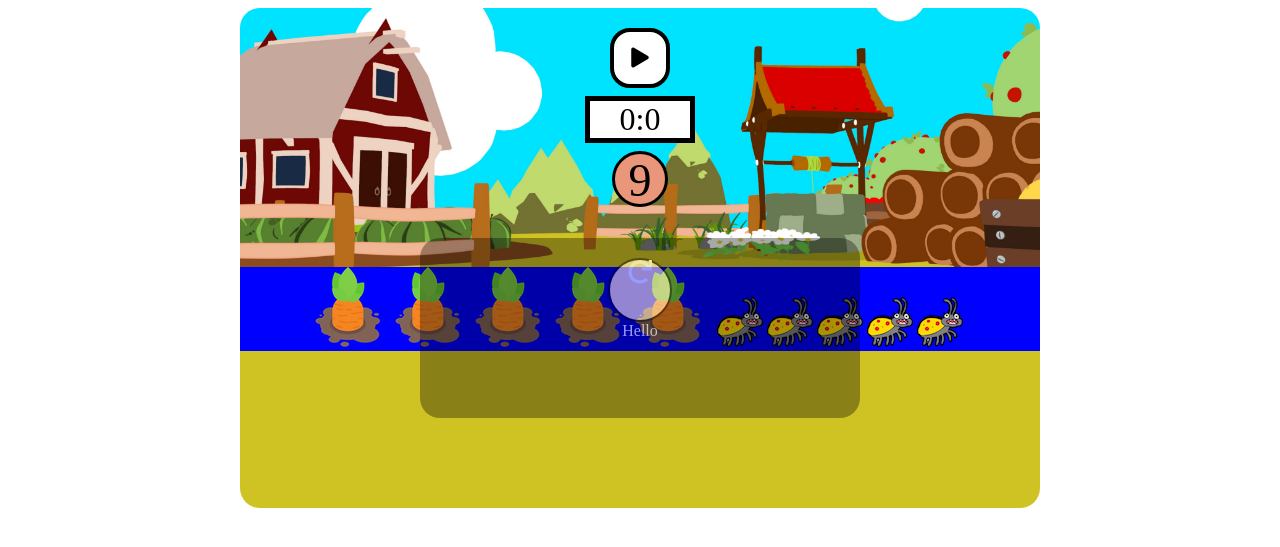
Repository: DevMinwoo-Jung/JavaScript101
Page: WebApIs/carrotClone/index.html
An editor plug-in stored every save of this project. The page is shown before and after the next save, followed by the edit.
The browser window is 1280 px wide. The pictures show the whole page.

Above is the page before, as saved 2021-06-22 15:15:28.

### WebApIs/carrotClone/index.html
<!DOCTYPE html>
<html lang="en">
<head>
  <meta charset="UTF-8">
  <meta http-equiv="X-UA-Compatible" content="IE=edge">
  <meta name="viewport" content="width=device-width, initial-scale=1.0">
  <link rel="stylesheet" href="style.css">
  <script src="main.js" defer></script>
  <link rel="stylesheet" href="https://use.fontawesome.com/releases/v5.15.3/css/all.css" integrity="sha384-SZXxX4whJ79/gErwcOYf+zWLeJdY/qpuqC4cAa9rOGUstPomtqpuNWT9wdPEn2fk" crossorigin="anonymous">
  <title>Fun game</title>
</head>
<body>
  <section class="game">
    <header class="game__header">
      <button class="game__button">
        <i class="fas fa-play"></i>
        <!-- <i class="fas fa-stop"></i> -->
      </button>
        <span class="game__timer">0:0</span>
        <span class="game__score">9</span>
    </header>
    <section class="game__field"></section>
  </section>
  <section class="pop-up">
    <buttno class="pop-up__refresh">
      <i class="fas fa-redo"></i>
    </buttno>
    <span class="pop-up__message">Hello</span>
  </section>
</body>
</html>

### WebApIs/carrotClone/style.css
body {
  text-align: center;
}
.game {
  display: flex;
  flex-direction: column;
  width: 800px;
  height: 500px;
  background: url(img/background.png) center/cover;
  margin: auto;
  border-radius: 20px;
}

button {
  border: none;
  outline: none;
  cursor: pointer;
}
.game__header {
  display: flex;
  flex-direction: column;
  align-items: center;
  padding: 20px;
}

.game__button {
  width: 60px;
  height: 60px;
  background-color: white;
  border: 4px solid black;
  font-size: 20px;
  transition: transfrom 300ms ease-in;
  border-radius: 20px;
}

.game__button:hover {
  transform: scale(1.1);
}

.game__timer {
  width: 100px;
  background-color: white;
  text-align: center;
  border: 5px solid black;
  font-size: 32px;
  margin-top: 8px;
}

.game__score {
  width: 50px;
  height: 50px;
  font-size: 46px;
  border: 3px solid black;
  background-color: darksalmon;
  border-radius: 50%;
  text-align: center;
  margin-top: 8px;
}

.game__field {
  position: relative;
  background-color: blue;
  width: 100%px;
  margin-top: 40px;
}

.pop-up {
  width: 400px;
  height: 140px;
  padding: 20px;
  background-color: #00000090;
  border-radius: 20px;
  opacity: 0.6;
  color: white;
  text-align: center;
  margin: auto;
  transform: translateY(-150%);
}

.pop-up__refresh {
  display: block;
  width: 60px;
  height: 60px;
  font-size: 24px;
  background-color: wheat;
  border: 2px solid black;
  border-radius: 50%;
  display: block;
  margin: auto;
}

.pop-up--hide {
  display: none;
}

.pop-up__mesage {
  display: block;
  font-size: 38px;
}

### WebApIs/carrotClone/main.js
const field = document.querySelector('.game__field');
const filedRect = field.getBoundingClientRect();
const CARROT_SIZE = 80;

function initGame() {
  // create bug and carrot
  console.log(filedRect);
  addItem('carrot', 5, 'img/carrot.png');
  addItem('bug', 5, 'img/bug.png');
}



function addItem(classNmae, count, imgPath){
  const x1 = 0;
  const y1 = 0;
  const x2 = filedRect.width - CARROT_SIZE;
  const y2 = filedRect.height - CARROT_SIZE;
  for(let i = 0; i < count ; i ++){
    const item = document.createElement('img');
    item.setAttribute('class', classNmae);
    item.setAttribute('src', imgPath);
    item.style.position = 'abslute'
    const x = randomNumber(x1, x2);
    const y = randomNumber(y1, y2);
    item.style.left = `${x}px`;
    item.style.top = `${y}px`;
    field.appendChild(item);
  }
}

function randomNumber(min, max){
  return Math.random() * (max - min) + min;
}

initGame();

After the next save:
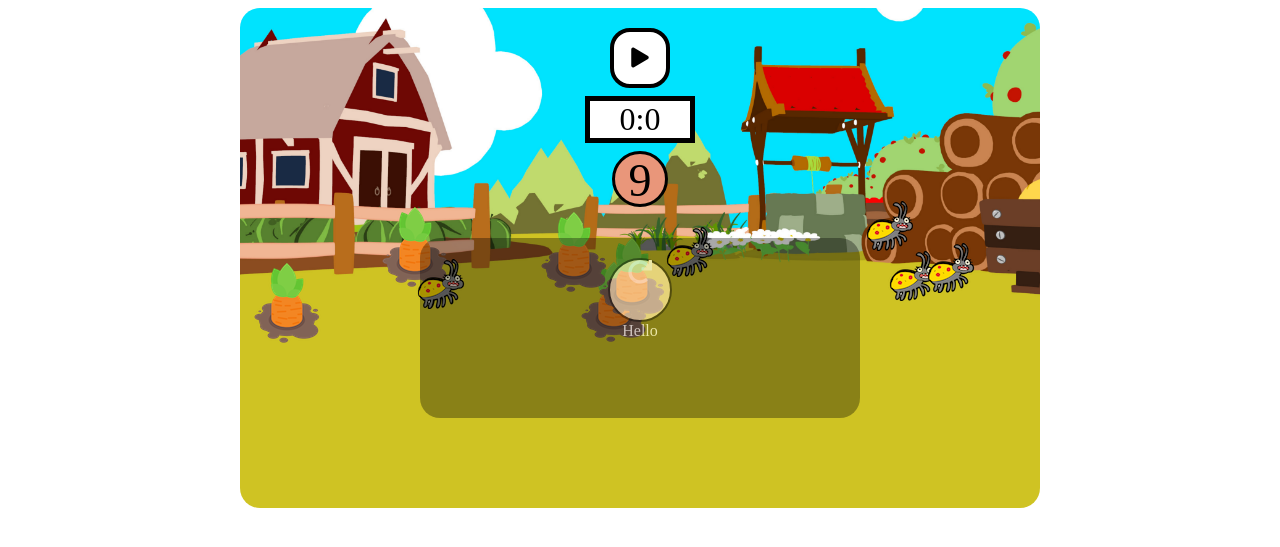
Saved 44 s later.
--- a/WebApIs/carrotClone/main.js
+++ b/WebApIs/carrotClone/main.js
@@ -20,7 +20,7 @@ function addItem(classNmae, count, imgPath){
     const item = document.createElement('img');
     item.setAttribute('class', classNmae);
     item.setAttribute('src', imgPath);
-    item.style.position = 'abslute'
+    item.style.position = 'absolute'
     const x = randomNumber(x1, x2);
     const y = randomNumber(y1, y2);
     item.style.left = `${x}px`;
